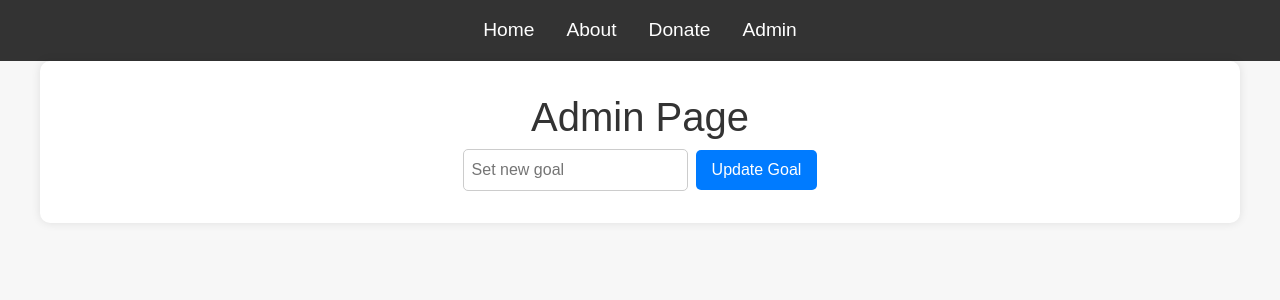
Repository: DragonFruit8/Fundraiser-Page
Page: /admin
These files come from the project's save history. The page is drawn as it stood at one moment and after the next save; the edit follows.
The browser window is 1280 px wide. The pictures show the whole page.
The project was rebuilt for these pictures with package versions that can differ from the ones it lists, and the page was loaded fresh each time. A package was used in the major version that the imports need, not the one package.json lists. Also part of the build but not shown: src/pages/Home.js, src/pages/About.js, src/pages/Donate.js.

Above is the page before, as saved 2024-07-19 12:59:06.

After the next save:
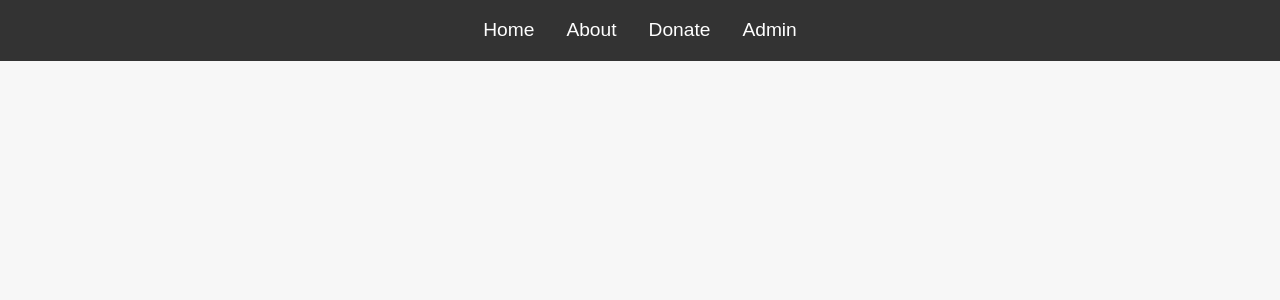
Saved 9 s later.
--- a/src/App.js
+++ b/src/App.js
@@ -1,5 +1,5 @@
 import React from 'react';
-import { BrowserRouter as Router, Route, Switch, Link } from 'react-router-dom';
+import { BrowserRouter as Router, Route, Routes, Link } from 'react-router-dom';
 import Home from './pages/Home';
 import About from './pages/About';
 import Donate from './pages/Donate';
@@ -16,12 +16,12 @@ const App = () => {
         <Link to="/donate">Donate</Link>
         <Link to="/admin">Admin</Link>
       </nav>
-      <Switch>
+      <Routes>
         <Route exact path="/" component={Home} />
         <Route path="/about" component={About} />
         <Route path="/donate" component={Donate} />
         <Route path="/admin" component={Admin} />
-      </Switch>
+      </Routes>
     </Router>
   );
 };
